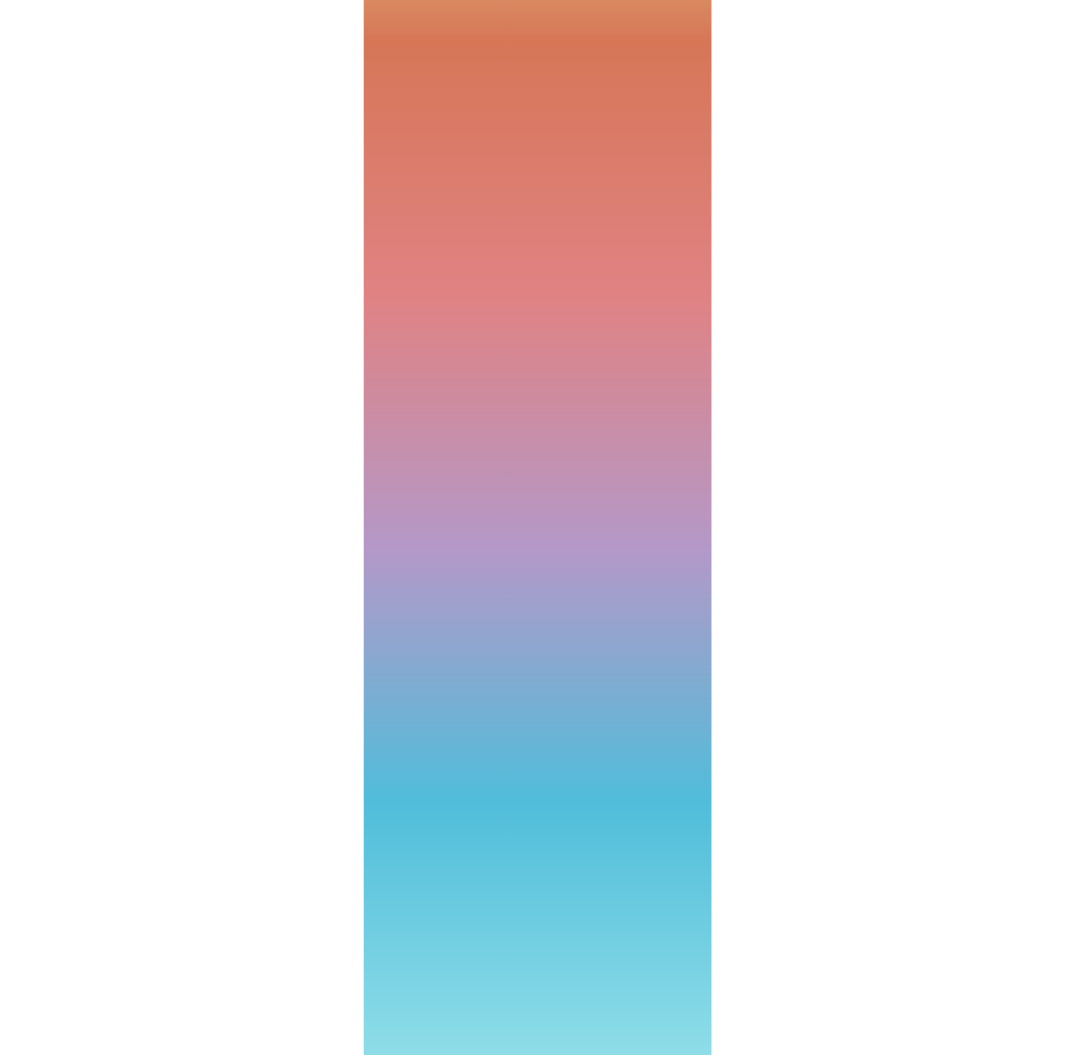
Repository: zoelake/DCDmidterm
Page: workflow.html
The author's editor kept a copy of each file at every save. The page is drawn from the files as they stood at one save, then again after the next save.
The browser window is 1280 px wide. The pictures show the whole page, at 84% of full size.

Above is the page before, as saved 2021-03-05 16:46:30.
Console error: TypeError: Cannot read properties of null (reading 'innerHTML')

After the next save:
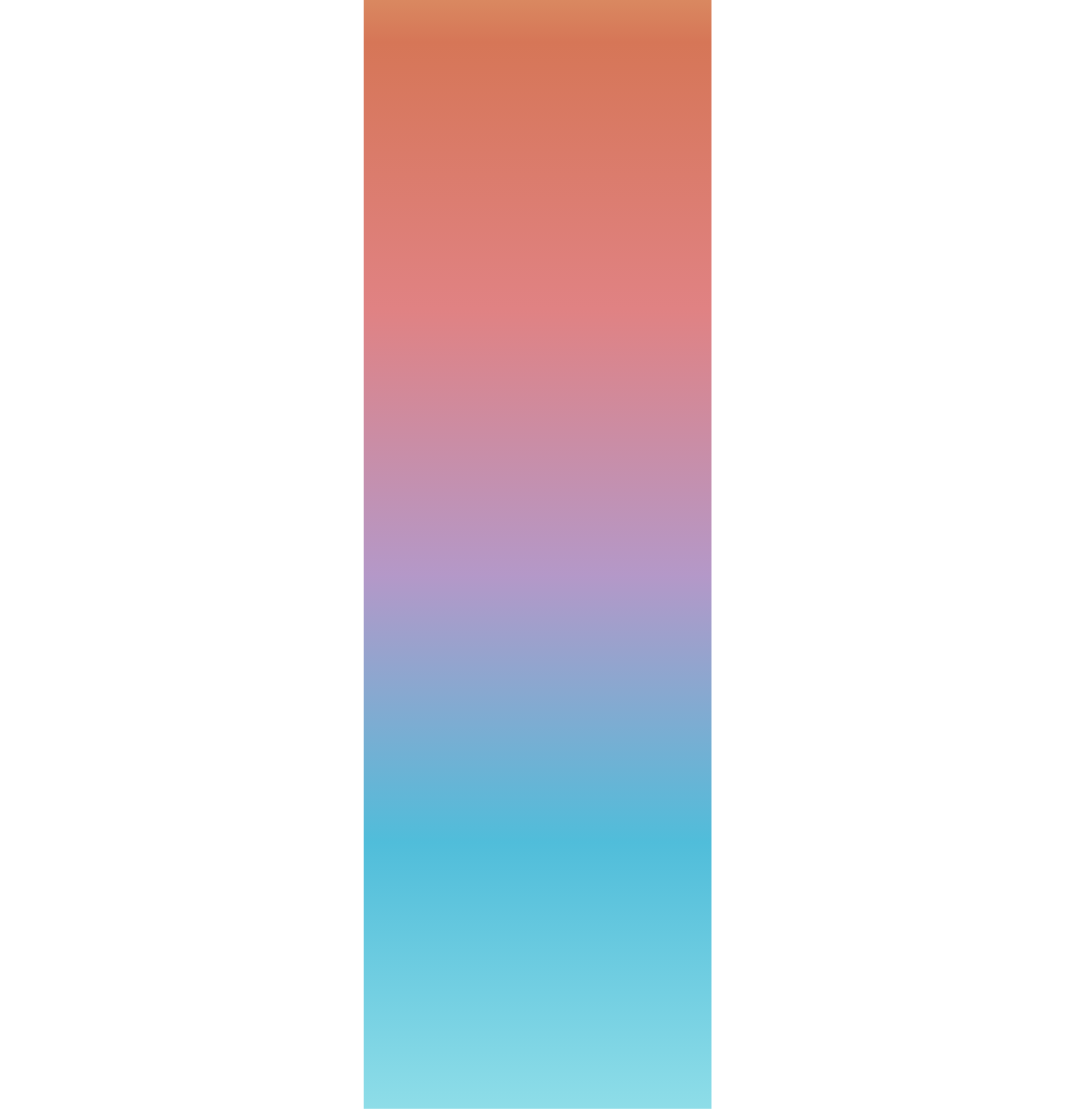
Saved 114 s later.
--- a/workflow.css
+++ b/workflow.css
@@ -11,6 +11,8 @@
 
 #main{
   position: absolute;
+  padding-top: 5%;
+  padding-bottom: 5%;
   width: 414px;
   height: 2411px;
   align-self: center;

After the save that followed:
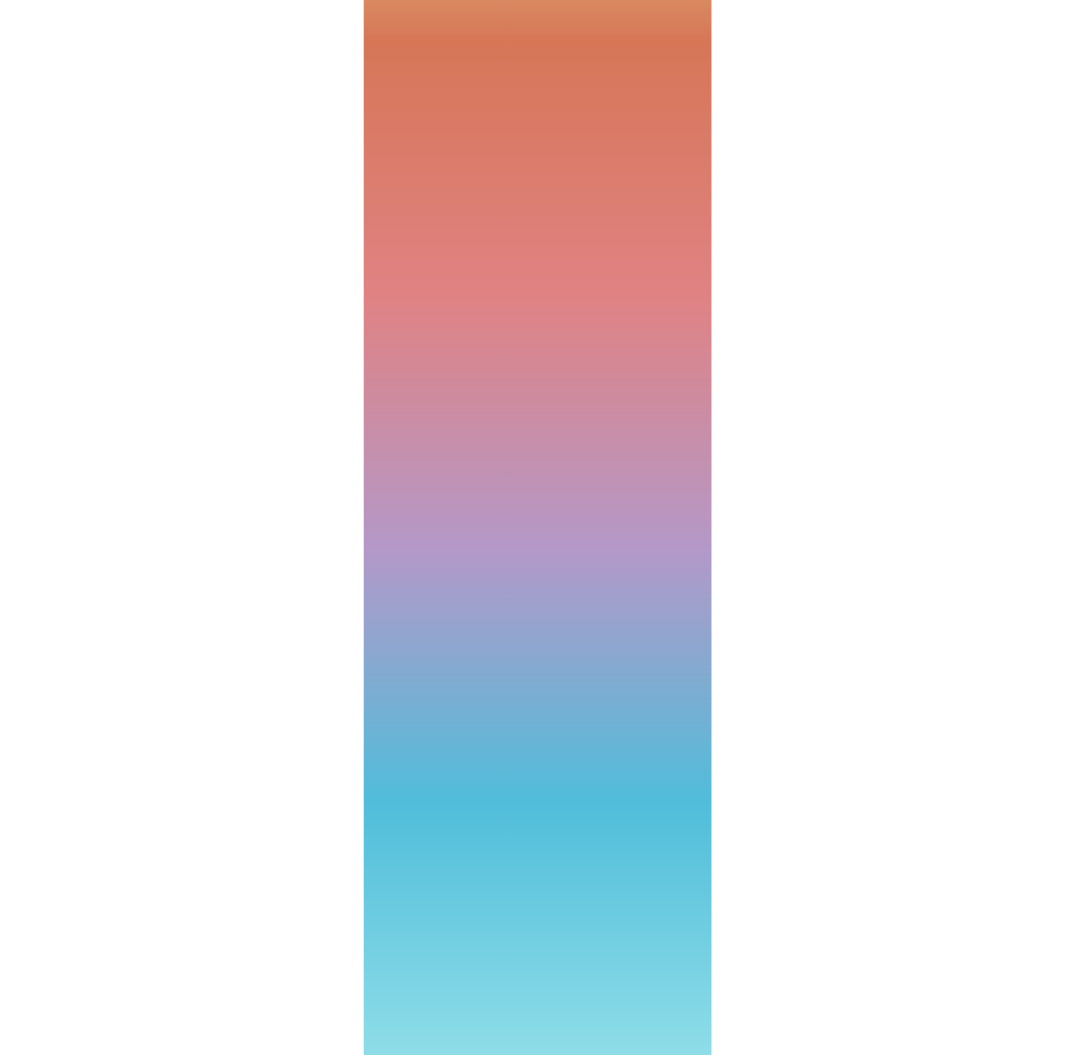
Saved 11 s later.
--- a/workflow.css
+++ b/workflow.css
@@ -11,8 +11,8 @@
 
 #main{
   position: absolute;
-  padding-top: 5%;
-  padding-bottom: 5%;
+  margin-top: 5%;
+  margin-bottom: 5%;
   width: 414px;
   height: 2411px;
   align-self: center;
